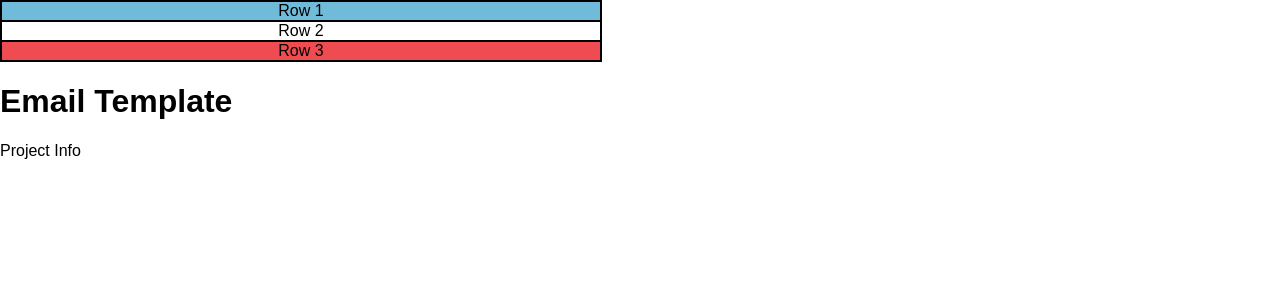
Repository: MikeeBuilds/email-template
Page: index.html
An editor plug-in stored every save of this project. The page is shown before and after the next save, followed by the edit.
The browser window is 1280 px wide. The pictures show the whole page.

Above is the page before, as saved 2022-11-21 15:46:31.

After the next save:
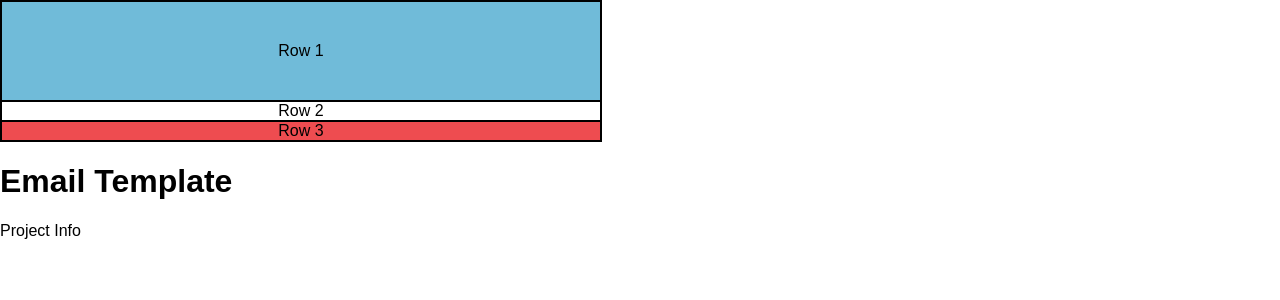
Saved 69 s later.
--- a/index.html
+++ b/index.html
@@ -28,7 +28,7 @@
     <table role="presentation" style="width: 602px; border-collapse: collapse; border: 1px solid #cccccc; border-spacing: 0; text-align: left;
     border-spacing: 0; background: #ffffff;">
         <tr>
-            <td align="center" style="padding: 0; background: #70bbd9;">
+            <td align="center" style="padding: 40px ; background: #70bbd9;">
                 Row 1
             </td>
         </tr>
